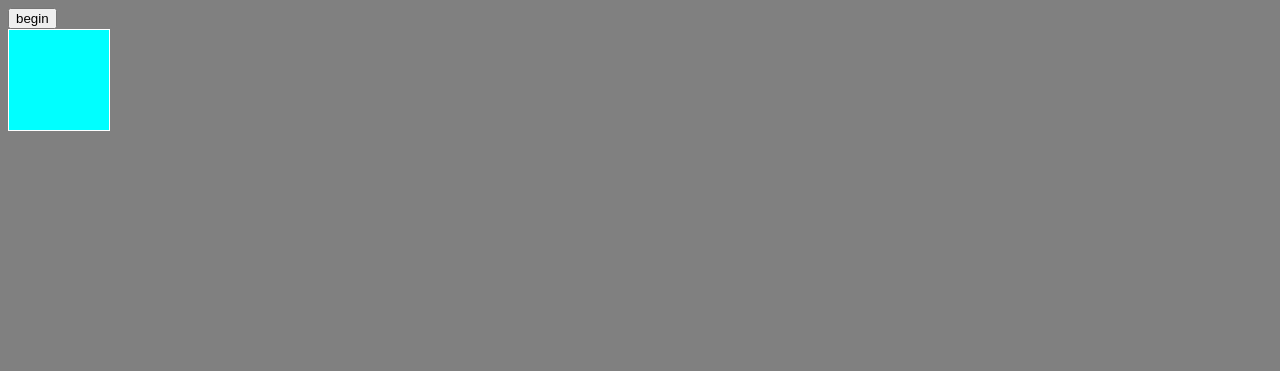
Repository: albinsabu2023/Stopwatch-program
Page: index.html
The author's editor kept a copy of each file at every save. The page is drawn from the files as they stood at one save, then again after the next save.
The browser window is 1280 px wide. The pictures show the whole page.
After loading, the first visible `#button` was clicked once.

Above is the page before, as saved 2023-03-03 19:44:13.

### index.html
<!DOCTYPE html>

<head>
    <meta charset="UTF-8">
    <meta http-equiv="X-UA-Compatible" content="IE=edge">
    <meta name="viewport" content="width=device-width, initial-scale=1.0">
    <link rel="stylesheet" href="style.css">
    <title>Document</title>
</head>
    <button id="button">begin</button>
   <div id="div"></div>

    <script src="index.js"></script>
</body>
</html>

### style.css
body{
color:white;
background-color: gray;
}
#div{
    background-color: aqua;
    height: 100px;
    width: 100px;
    position: relative;
    border: 1px solid;

}

### index.js
//event handlers addEventlistner
//---------------------------
// const innerdiv = document.getElementById("innerdiv");
// const outerdiv = document.getElementById("outerdiv");
// innerdiv.addEventListener("click", changeRed);

// outerdiv.addEventListener("click", changeRed);

// function changeRed() {
//   alert(`you selected ${this.id}`);
//   this.style.backgroundColor = "red";
// }

//toggle the image using a button
//----------------------------
// let img = document.querySelector("#image");
// let bt = document.querySelector("#button");
// bt.addEventListener("click", () => {
//   if (img.style.display == "none") {
//     img.style.display = "block";
//   } else {
//     img.style.display = "none";
//   }
// });
///or

// let img = document.querySelector("#image");
// let bt = document.querySelector("#button");
// bt.addEventListener("click", () => {
//   if (img.style.visibility == "hidden") {
//     img.style.visibility = "visible";
//   } else {
//     img.style.visibility = "hidden";
//   }
// });

//KEY  LISTNER to move a div

// let x = 0;
// let y = 0;
// const div = document.getElementById("div");
// window.addEventListener("keydown", changePos);
// function changePos(event) {
//   switch (event.key) {
//     case "ArrowDown":
//       y += 5;
//       div.style.top = y + "px";
//       break;
//     case "ArrowUp":
//       y -= 5;
//       div.style.top = y + "px";
//       break;
//     case "ArrowRight":
//       x += 5;
//       div.style.left = x + "px";
//       break;
//     case "ArrowLeft":
//       x -= 5;
//       div.style.left = x + "px";
//       break;
//     default:
//       break;
//   }
// }

//DIAGONEL ANIMATION
//----------------------
// const btn = document.getElementById("button");
// const div = document.getElementById("div");
// btn.addEventListener("click", begin);
// function begin() {
//   let x = 0;
//   let y = 0;
//   let timer = null;
//   timer = setInterval(frame, 5);
//   function frame() {
//     if (x >= 200 || y > 200) {
//       clearInterval(timer);
//     } else {
//       x += 1;
//       y += 1;
//       div.style.left = x + "px";
//       div.style.top = y + "px";
//     }
//   }
// }

const btn = document.getElementById("button");
const div = document.getElementById("div");

btn.addEventListener("click", move);
function move() {
  let x = 0;
  let y = 0;
  let timer = null;
  timer = setInterval(frame, 5);
  function frame() {
    if (x > 200) {
      clearInterval(timer);
    } else {
      x += 1;
      div.style.top = y + "px";
    }
  }
}

After the next save:
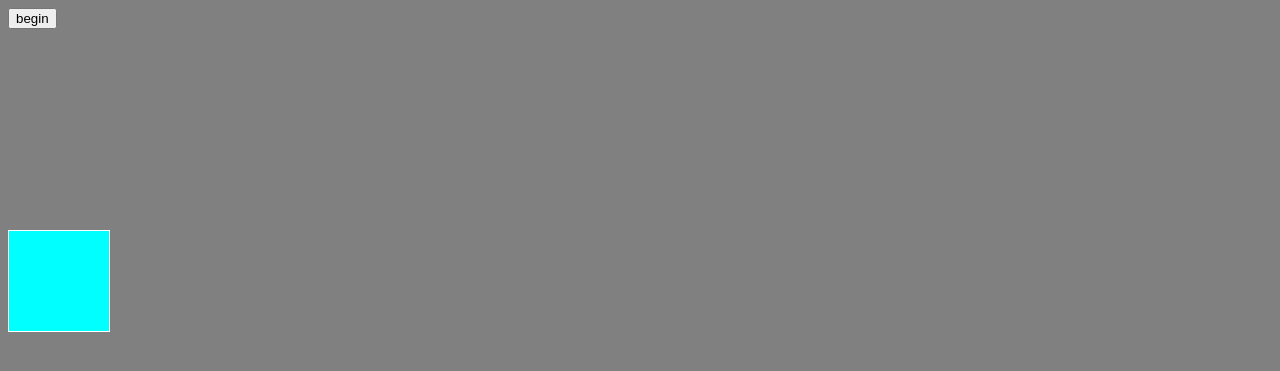
Saved 12 s later.
--- a/index.js
+++ b/index.js
@@ -99,6 +99,7 @@ function move() {
       clearInterval(timer);
     } else {
       x += 1;
+      y += 1;
       div.style.top = y + "px";
     }
   }
